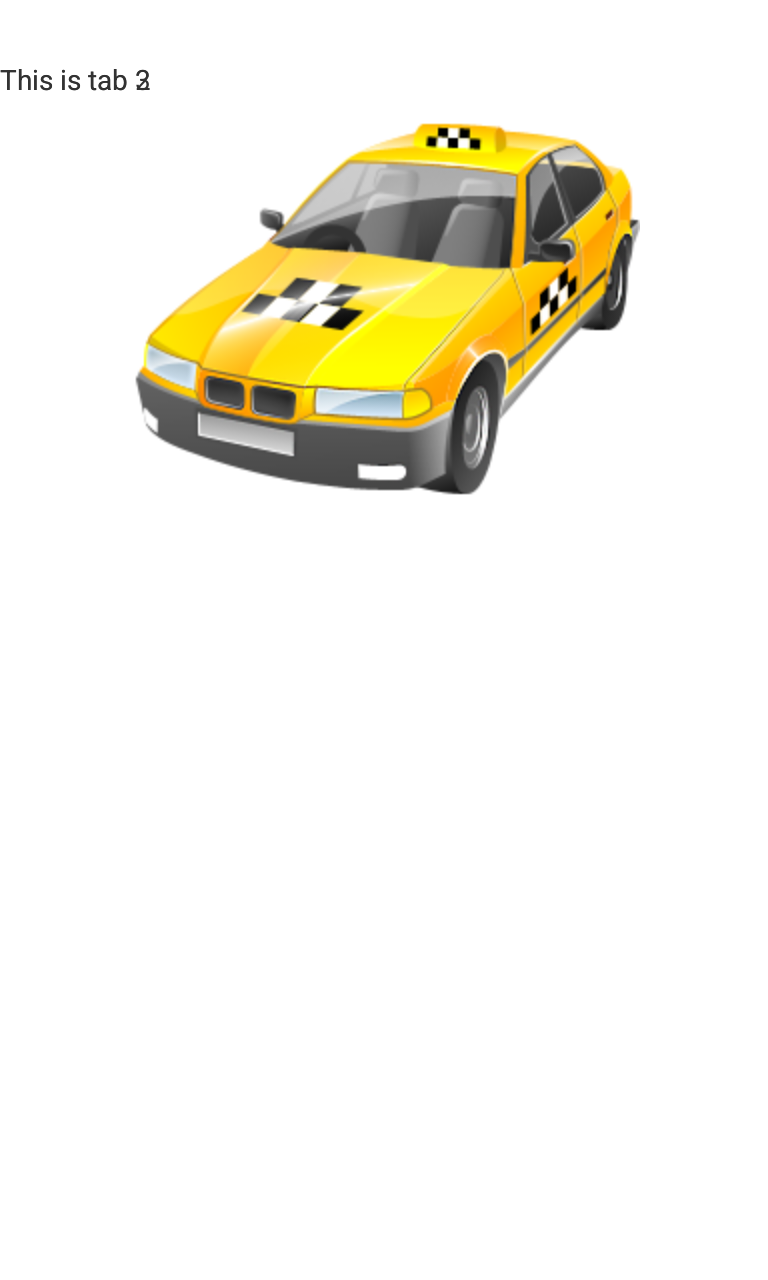
Repository: fernandohur/moviles
Layout: ClienteTaxista/res/layout/activity_main.xml
The author's editor kept a copy of each file at every save. The layout is drawn from the files as they stood at one save, then again after a run of saves.
It is drawn on a 768 x 1280 px phone screen (xhdpi) without system bars, with theme AppTheme; the app's code is not run.

Above is the layout before, as saved 2013-03-07 14:55:14.

### ClienteTaxista/res/layout/activity_main.xml
<?xml version="1.0" encoding="utf-8"?>
<TabHost xmlns:android="http://schemas.android.com/apk/res/android"
    android:id="@+id/tabHost"
    android:layout_width="fill_parent"
    android:layout_height="fill_parent" >

    <TabWidget
        android:id="@android:id/tabs"
        android:layout_width="fill_parent"
        android:layout_height="wrap_content" />

    <FrameLayout
        android:id="@android:id/tabcontent"
        android:layout_width="fill_parent"
        android:layout_height="fill_parent" >

        <LinearLayout
            android:id="@+id/tab1"
            android:layout_width="fill_parent"
            android:layout_height="wrap_content"
            android:orientation="vertical"
            android:paddingTop="60px" >

            <ImageView
                android:id="@+id/imageView1"
                android:layout_width="match_parent"
                android:layout_height="wrap_content"
                android:layout_weight="4.17"
                android:src="@drawable/taxiicon" />
        </LinearLayout>

        <LinearLayout
            android:id="@+id/tab2"
            android:layout_width="fill_parent"
            android:layout_height="fill_parent"
            android:orientation="vertical"
            android:paddingTop="60px" >

            <TextView
                android:id="@+id/txt2"
                android:layout_width="fill_parent"
                android:layout_height="100px"
                android:text="This is tab 2" />
        </LinearLayout>

        <LinearLayout
            android:id="@+id/tab3"
            android:layout_width="fill_parent"
            android:layout_height="fill_parent"
            android:orientation="vertical"
            android:paddingTop="60px" >

            <TextView
                android:id="@+id/txt3"
                android:layout_width="fill_parent"
                android:layout_height="100px"
                android:text="This is tab 3" />
        </LinearLayout>

    </FrameLayout>

</TabHost>

Loaded but not shown: ClienteTaxista/res/values/styles.xml (common file); ClienteTaxista/res/values-v11/styles.xml (common file); ClienteTaxista/res/values-v14/styles.xml (common file)

After the next 3 saves:
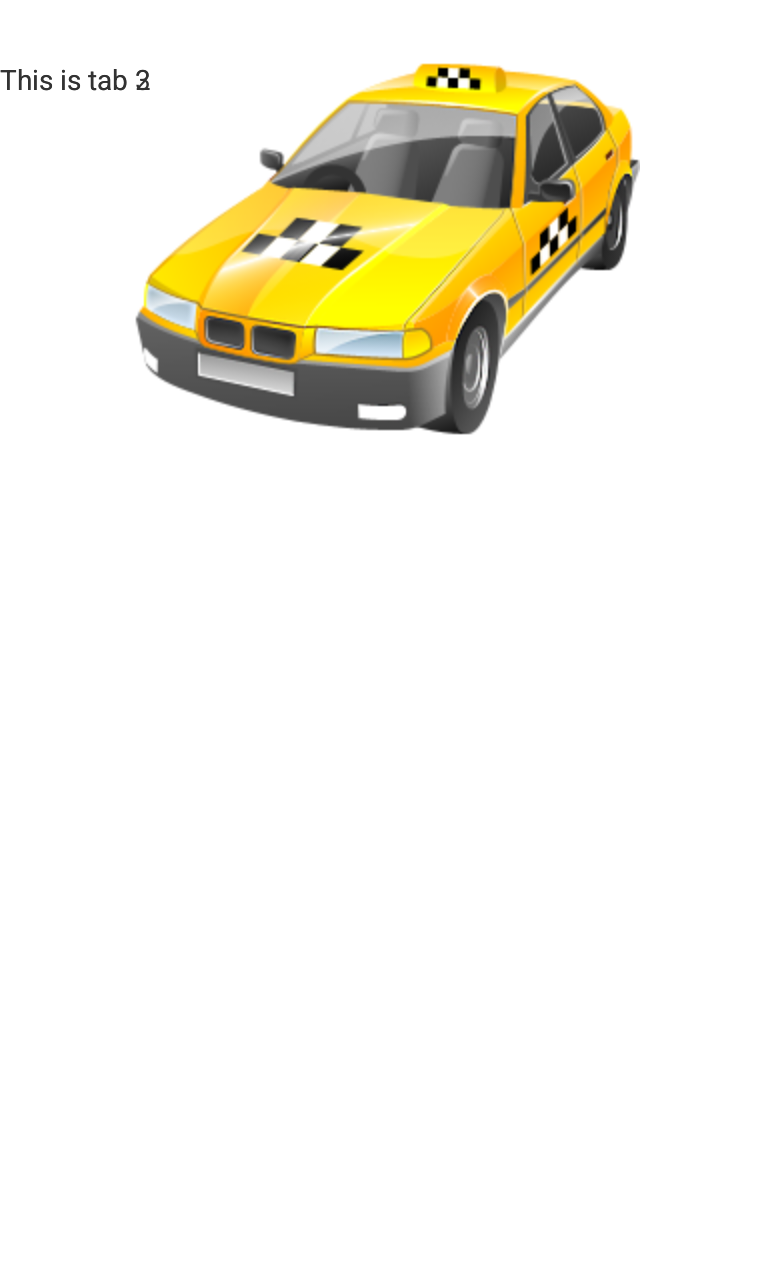
The 3 saves are shown as one change because 2 did not build or start.
The last was saved 45 s later.
--- a/ClienteTaxista/res/layout/activity_main.xml
+++ b/ClienteTaxista/res/layout/activity_main.xml
@@ -14,12 +14,12 @@
         android:layout_width="fill_parent"
         android:layout_height="fill_parent" >
 
-        <LinearLayout
+        <RelativeLayout
             android:id="@+id/tab1"
             android:layout_width="fill_parent"
             android:layout_height="wrap_content"
             android:orientation="vertical"
-            android:paddingTop="60px" >
+             >
 
             <ImageView
                 android:id="@+id/imageView1"
@@ -27,7 +27,7 @@
                 android:layout_height="wrap_content"
                 android:layout_weight="4.17"
                 android:src="@drawable/taxiicon" />
-        </LinearLayout>
+        </RelativeLayout>
 
         <LinearLayout
             android:id="@+id/tab2"
